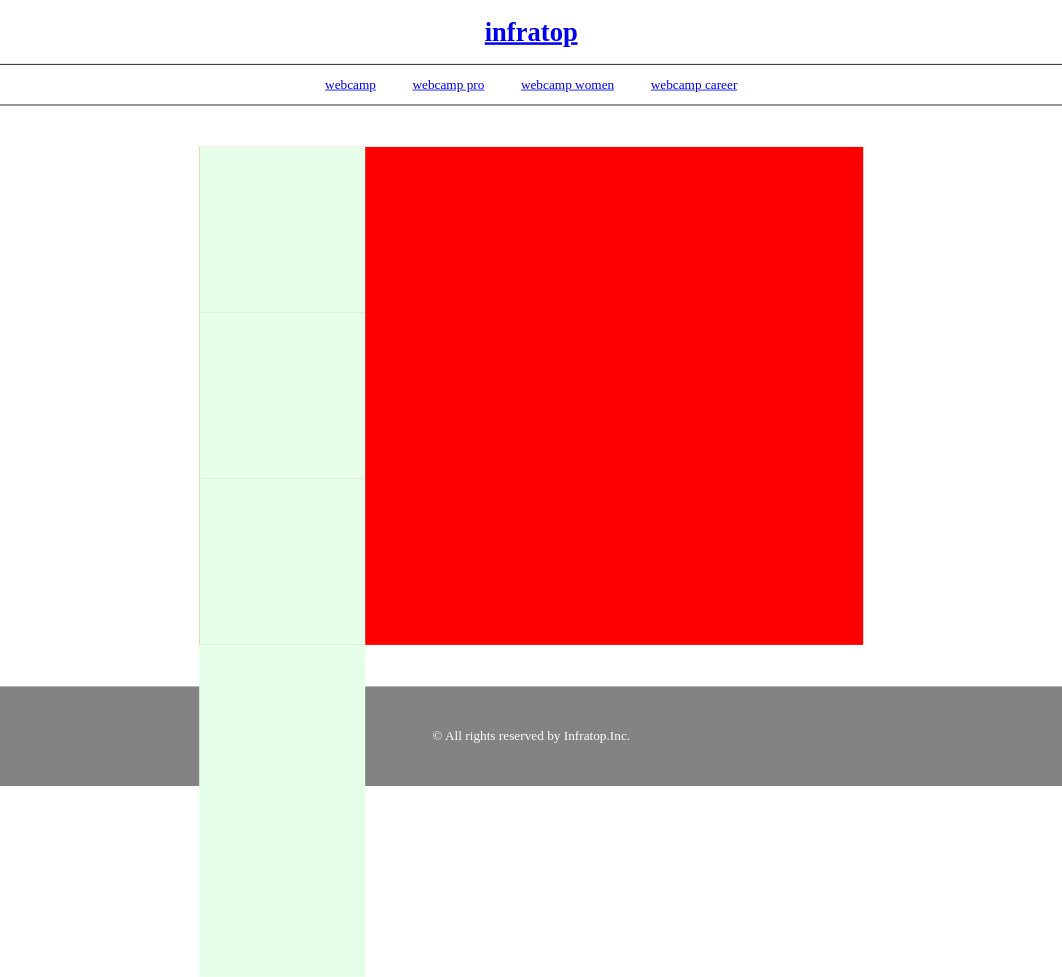
Repository: CarAll02/git-practice
Page: chapter5_exercise/index.html
The author's editor kept a record of every edit. The page is drawn from the files as they stood at one moment, then again after the next edit.
The browser window is 1280 px wide. The pictures show the whole page, at 83% of full size.

Above is the page before.

### chapter5_exercise/index.html
<!DOCTYPE html>
<html lang="ja">
  <head>
    <meta charset="UTF-8"/>
    <link rel="stylesheet" href="style.css"/>
    <title>chapter5_exercise</title>
  </head>

  <body>
    <!--header-->
    <header>
      <h1 class="heading">
        <a href="index.html">
          infratop
        </a>
      </h1>
    </header>

    <!--navigation-->
    <nav>
      <ul class="nav-list">
        <li class="nav-list-item">
          <a href="index.html">webcamp</a>
        </li>
        <li class="nav-list-item">
          <a href="index.html">webcamp pro</a>
        </li>
        <li class="nav-list-item">
          <a href="index.html">webcamp women</a>
        </li>
        <li class="nav-list-item">
          <a href="index.html">webcamp career</a>
        </li>
      </ul>
    </nav>

    <!--main用のdiv-->
    <div class="main">
      <div class="box">
        <div class="green1"></div>
        <div class="green2"></div>
        <div class="green3"></div>
        <div class="green4"></div>
        <div class="yellow1"></div>
        <div class="yellow2"></div>
        <div class="yellow3"></div>
        <div class="yellow4"></div>
        <div class="blue1"></div>
        <div class="blue2"></div>
        <div class="blue3"></div>
        <div class="blue4"></div>
      </div>
    </div>

    <!--footer-->
    <footer>
      <p class="footer-text">© All rights reserved by Infratop.Inc.</p>
    </footer>
  </body>
</html>

### chapter5_exercise/style.css
/*ブラウザがそれぞれ持っているCSSをリセットするための記述*/
* {
  margin:0;
  padding:0;
  box-sizing:border-box;
}

header{
  width:90%;
  padding:20px 0;
  margin:0 auto;
  text-align: center;
}

.nav-list{
  text-align: center;
  padding:15px 0;
  margin:0 auto;
  border:solid black;
  border-top-width: 1px;
  border-bottom-width: 1px;
  border-left-width:0px;
  border-right-width: 0px;
}

.nav-list-item{
  list-style: none;
  display: inline-block;
  margin:0 20px;
}

.main{
  width: 100%;
  height: 700px;
  display:flex;/*Flexboxの利用*/
  justify-content:center;/*子要素の横並び・中央寄せ*/
  padding:50px 0;
  margin:0 auto;/*中央寄せ（左右に余白が無いと出来ない)*/
}

.box{
  width: 800px;
  height: 600px;
  background-color: red;
}

.green1{
  width:200px;
  height: 200px;
  background-color: #e6ffe9;
}

.green2{
  width:200px;
  height: 200px;
  background-color: #e6ffe9;
}

.green3{
  width:200px;
  height: 200px;
  background-color: #e6ffe9;
}

.green4{
  width:200px;
  height: 200px;
  background-color: #e6ffe9;
}

.yellow1{
  width:200px;
  height: 200px;
  background-color: #e6ffe9;
}

.yellow1{
  width:200px;
  height: 200px;
  background-color: #e6ffe9;
}

.yellow1{
  width:200px;
  height: 200px;
  background-color: #e6ffe9;
}

.yellow1{
  width:200px;
  height: 200px;
  background-color: #e6ffe9;
}

footer{
  width:100%;
  height:120px;
  text-align: center;
  line-height: 120px;
  background-color: #848282;
}

.footer-text{
  color:#fff;
}

After the next edit:
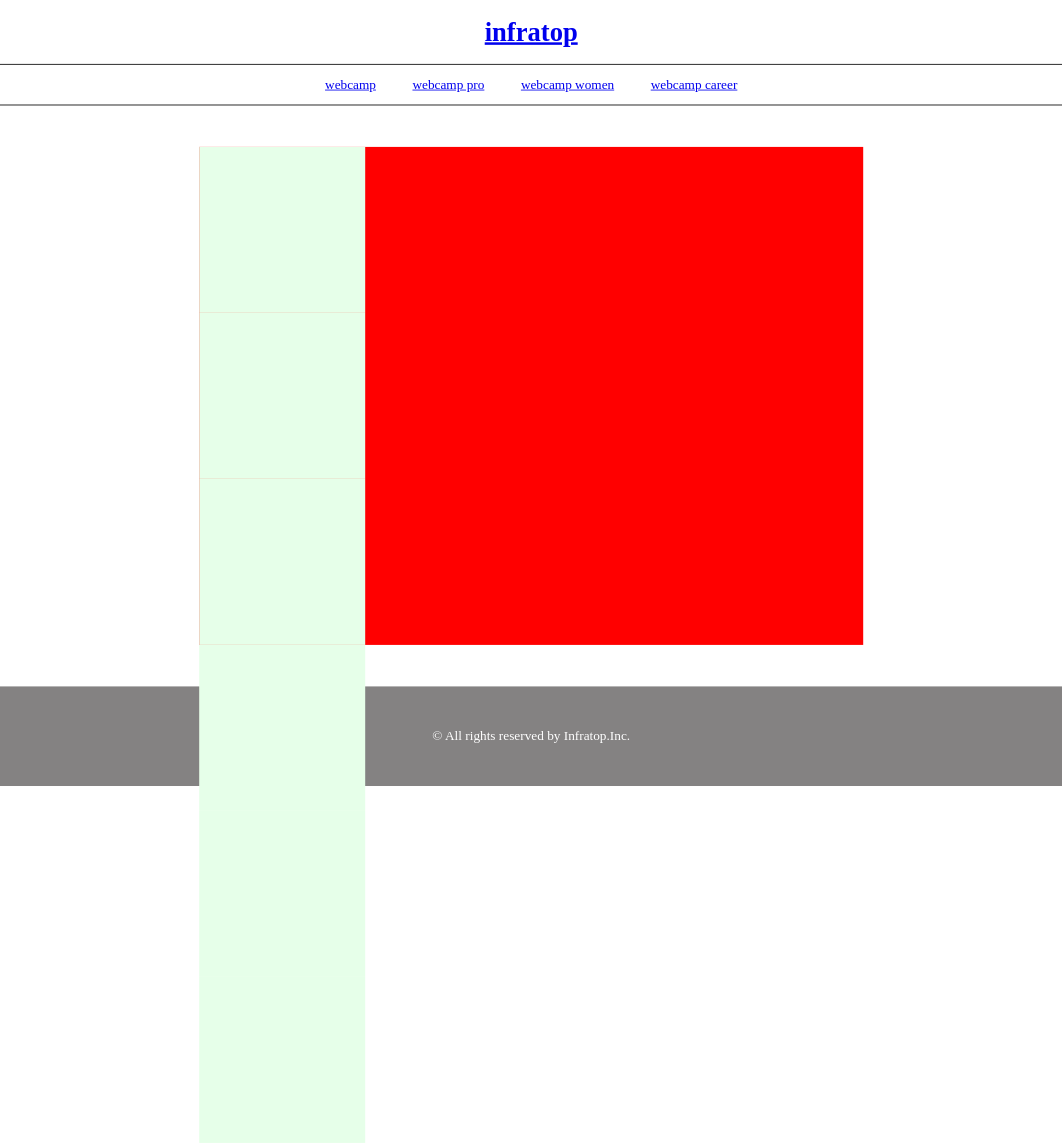
The edit:
--- a/chapter5_exercise/style.css
+++ b/chapter5_exercise/style.css
@@ -74,7 +74,7 @@
   background-color: #e6ffe9;
 }
 
-.yellow1{
+.yellow2{
   width:200px;
   height: 200px;
   background-color: #e6ffe9;
